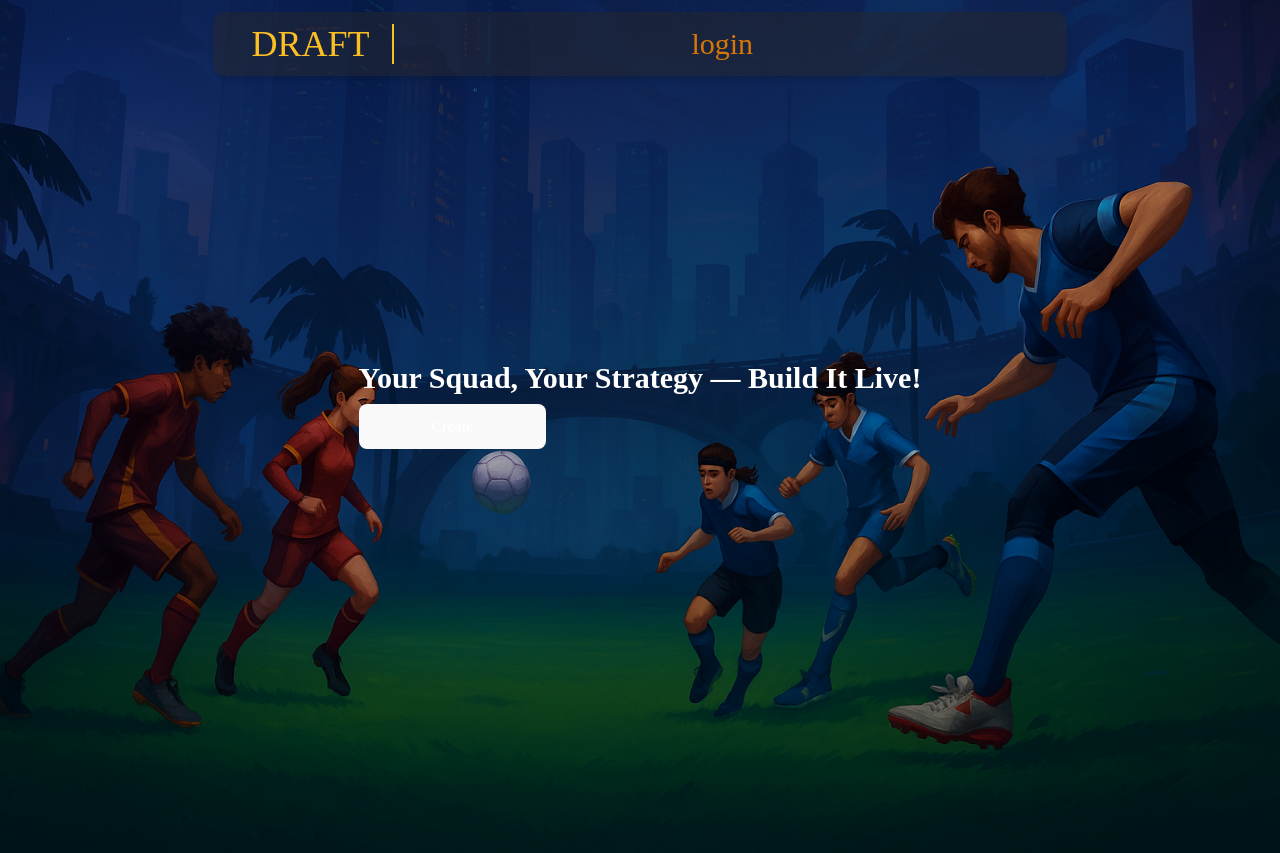
Repository: MehediMim/LeagueCrafter--Online-Auction-Platform-Project
Page: / (app in my-app/)
These files come from the project's save history. The page is drawn as it stood at one moment and after the next save; the edit follows.
The browser window is 1280 px wide. The pictures show the whole page.
Some web fonts or font styles are not loaded; a fallback is used. The project was rebuilt for these pictures with package versions that can differ from the ones it lists, and the page was loaded fresh each time. Also part of the build but not shown: my-app/vite.config.js, my-app/src/pages/Dashboard.jsx, my-app/src/pages/Login.jsx.

Above is the page before, as saved 2025-05-25 02:13:26.

After the next save:
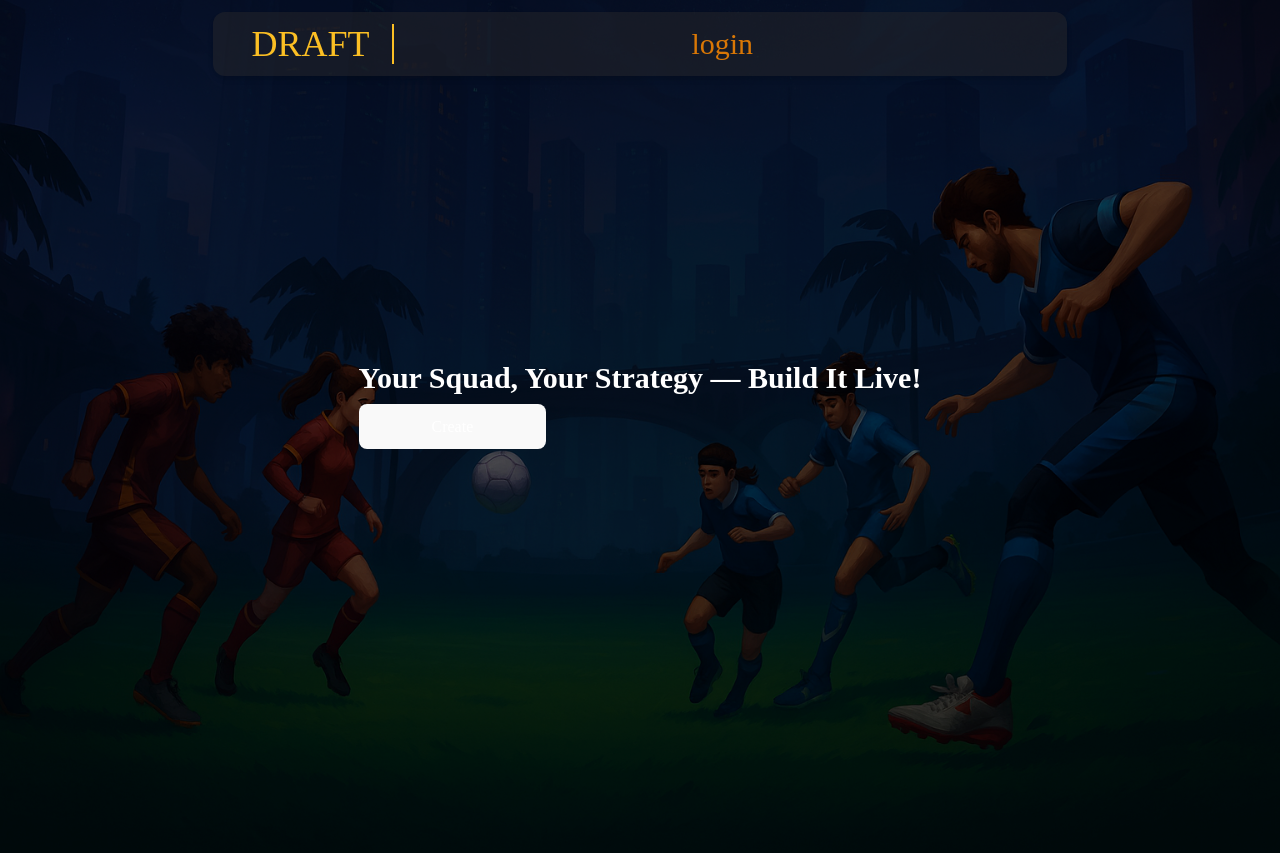
Saved 35 s later.
--- a/my-app/src/pages/Home.jsx
+++ b/my-app/src/pages/Home.jsx
@@ -2,15 +2,15 @@ import bg from "../assets/bg1.png"
 export default function Home(params) {
     return (
         <div>
-            <div className="w-full h-auto  z-0 overflow-hidden">
-                <div className=" overflow-hidden h-full bg-black absolute top-0 left-0 opacity-55">
+            <div className="w-screen h-auto absolute top-0 left-0 z-0 overflow-hidden">
+                <div className="w-full overflow-hidden h-full bg-black absolute opacity-55">
 
                 </div>
                 <div>
-                    <img src={bg} className="absolute top-0 left-0"></img>
+                    <img src={bg} className="w-full "></img>
                 </div>
             </div>
-            <div className="flex justify-center items-center w-screen absolute overflow-hidden">
+            <div className="flex justify-center items-center w-screen absolute">
                 <div className="justify-start flex flex-col">
                     <div>
                         <h1 className="text-3xl font-barrio text-white font-bold">Your Squad, Your Strategy — Build It Live!</h1>
